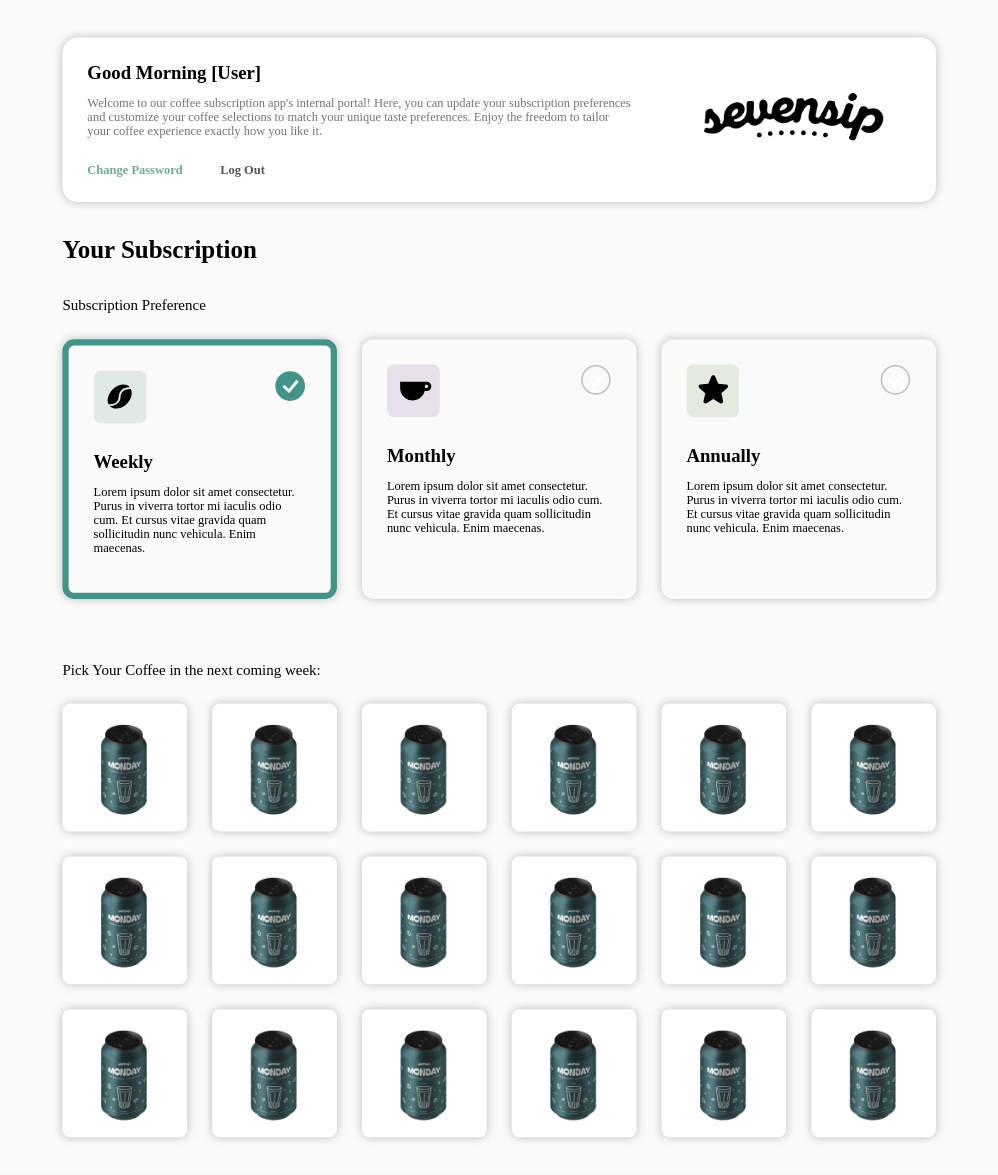
Repository: Haydenleung/COMP-4170-Final-Project
Page: http://localhost/main
An editor plug-in stored every save of this project. The page is shown before and after the next save, followed by the edit.
The browser window is 1280 px wide. The pictures show the whole page, at 78% of full size.
The page is served by the project's Node server (app.js).

Above is the page before, as saved 2024-03-22 18:36:01.

After the next save:
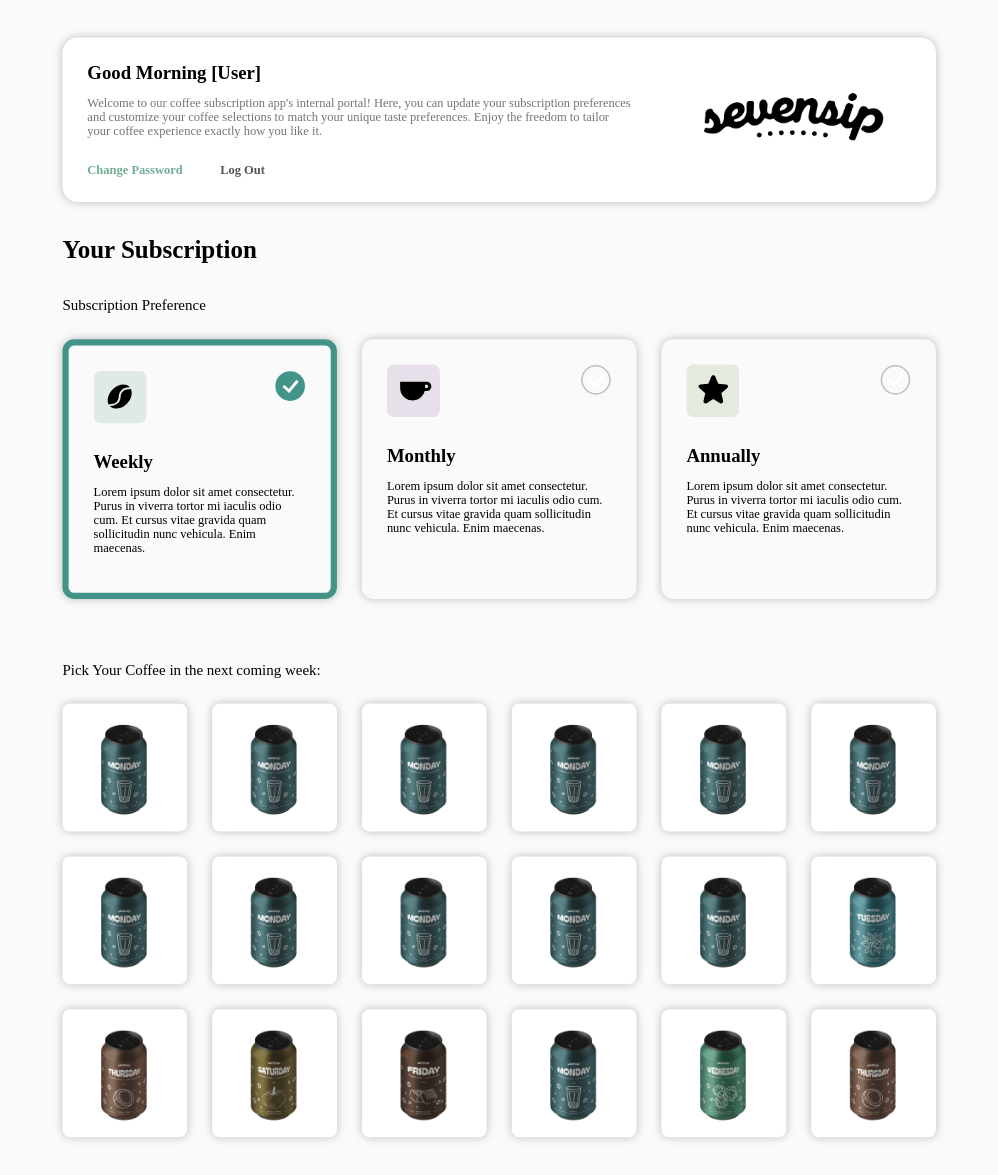
Saved 24 s later.
--- a/views/main.ejs
+++ b/views/main.ejs
@@ -103,25 +103,25 @@
                         <img class="coffee-image" src="/images/01.png" alt="coffee image" />
                     </div>
                     <div class="coffee">
-                        <img class="coffee-image" src="/images/01.png" alt="coffee image" />
+                        <img class="coffee-image" src="/images/02.png" alt="coffee image" />
+                    </div>
+                    <div class="coffee">
+                        <img class="coffee-image" src="/images/04.png" alt="coffee image" />
+                    </div>
+                    <div class="coffee">
+                        <img class="coffee-image" src="/images/06.png" alt="coffee image" />
+                    </div>
+                    <div class="coffee">
+                        <img class="coffee-image" src="/images/05.png" alt="coffee image" />
                     </div>
                     <div class="coffee">
                         <img class="coffee-image" src="/images/01.png" alt="coffee image" />
                     </div>
                     <div class="coffee">
-                        <img class="coffee-image" src="/images/01.png" alt="coffee image" />
+                        <img class="coffee-image" src="/images/03.png" alt="coffee image" />
                     </div>
                     <div class="coffee">
-                        <img class="coffee-image" src="/images/01.png" alt="coffee image" />
-                    </div>
-                    <div class="coffee">
-                        <img class="coffee-image" src="/images/01.png" alt="coffee image" />
-                    </div>
-                    <div class="coffee">
-                        <img class="coffee-image" src="/images/01.png" alt="coffee image" />
-                    </div>
-                    <div class="coffee">
-                        <img class="coffee-image" src="/images/01.png" alt="coffee image" />
+                        <img class="coffee-image" src="/images/04.png" alt="coffee image" />
                     </div>
                 </div>
             </div>
